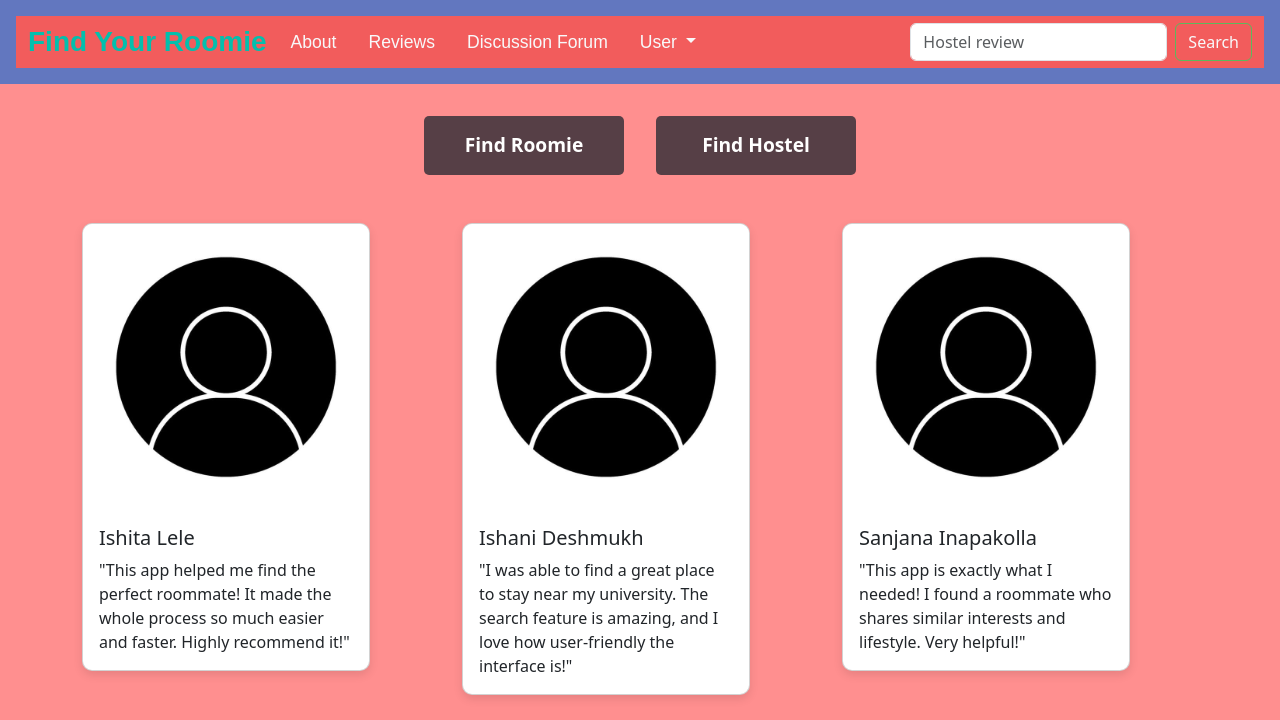
Repository: Sanjana-Inapakolla/Find-your-Roomie-website
Page: mini-project(jfst)/MiniProject/src/main/webapp/home.html
The author's editor kept a copy of each file at every save. The page is drawn from the files as they stood at one save, then again after the next save.
The browser window is 1280 px wide. The pictures show the whole page.

Above is the page before, as saved 2024-11-13 08:51:49.

### mini-project(jfst)/MiniProject/src/main/webapp/home.html
<!DOCTYPE html>
<html lang="en">
<head>
  <meta charset="ISO-8859-1">
  <title>Home Page</title>
 <link href="https://cdn.jsdelivr.net/npm/bootstrap@5.3.3/dist/css/bootstrap.min.css" rel="stylesheet" integrity="sha384-QWTKZyjpPEjISv5WaRU9OFeRpok6YctnYmDr5pNlyT2bRjXh0JMhjY6hW+ALEwIH" crossorigin="anonymous">
  <style>
    /* Navbar Styling */
    .navbar {
      background-color: #6277bf ;
      padding: 1rem;
    }

    /* Navbar Brand (Logo/Text) */
    .navbar-brand {
      color: #f8f9fa;
      font-size: 1.75rem;
      font-weight: bold;
      font-family: 'Arial', sans-serif;
      color: #04BFAD;
    }

    /* Navbar Links (Home, Reviews, Discussion Forum) */
    .navbar-nav .nav-link {
      color: #f8f9fa;
      font-size: 1.1rem;
      font-family: 'Arial', sans-serif;
      margin-right: 1rem;
      transition: color 0.3s;
    }

    /* Active Link Color */
    .navbar-nav .nav-link.active {
      color: #f8f9fa !important;
    }

    /* Hover Effect for Links (Home, Reviews, Discussion Forum) */
    .navbar-nav .nav-link:hover {
      color: #5cb85c;
    }

    /* Active Link Hover (Ensures the hover color is still applied even if it's active) */
    .navbar-nav .nav-link.active:hover {
      color: #5cb85c !important;
    }

    /* Search Button */
    .btn-outline-success {
      color: #f8f9fa;
      border-color: #5cb85c;
      transition: background-color 0.3s, color 0.3s;
    }

    /* Search Button Hover */
    .btn-outline-success:hover {
      background-color: #5cb85c;
      color: #fff;
    }

    /* Home Page Buttons Styling */
    .home-buttons {
      display: flex;
      justify-content: center;
      gap: 2rem;
      margin-top: 2rem;
    }

    .home-buttons .btn {
      font-size: 1.2rem;
      padding: 15px 30px;
      border-radius: 5px;
      font-weight: bold;
      width: 200px;
      transition: transform 0.3s;
    }

    /* Hover Effect for Buttons */
    .home-buttons .btn:hover {
      transform: scale(1.05);
    }

    .find-roomie {
      background-color: #563f46;
      color: white;
      border: none;
    }

    .find-roomie:hover {
      background-color: #0056b3;
    }

    .find-hostel {
      background-color: #563f46;
      color: white;
      border: none;
    }

    .find-hostel:hover {
      background-color: #218838;
    }

    .card {
      width: 18rem;
      border-radius: 10px;
      box-shadow: 0 4px 10px rgba(0, 0, 0, 0.1);
    }
    .card-img-top {
      border-radius: 10px 10px 0 0;
    }

    body{
      background-color: #ff8f8f;
    }
  </style>
</head>
<body>

<!-- Navbar -->
<nav class="navbar navbar-expand-lg">
  <div class="container-fluid" style="background-color: #F25C5C;">
    <a class="navbar-brand" href="#">Find Your Roomie</a>
    <button class="navbar-toggler" type="button" data-bs-toggle="collapse" data-bs-target="#navbarNav" aria-controls="navbarNav" aria-expanded="false" aria-label="Toggle navigation">
      <span class="navbar-toggler-icon"></span>
    </button>
    <div class="collapse navbar-collapse" id="navbarNav">
      <ul class="navbar-nav me-auto">
        <li class="nav-item">
          <a class="nav-link active" aria-current="page" href="About.jsp">About</a>
        </li>
        <li class="nav-item">
          <a class="nav-link" href="Rating.jsp">Reviews</a>
        </li>
        <li class="nav-item">
          <a class="nav-link" href="BeforeChat">Discussion Forum</a>
        </li>
        <li class="nav-item dropdown">
          <a class="nav-link dropdown-toggle" href="#" role="button" data-bs-toggle="dropdown" aria-expanded="false">
            User
          </a>
          <ul class="dropdown-menu">
            <li><a class="dropdown-item" href="Profile">My Profile</a></li>
            <li><a class="dropdown-item" href="BeforeUpdate">Account Settings</a></li>
            <li><a class="dropdown-item" href="LogoutServlet">Logout</a></li>
          </ul>
        </li>
      </ul>

      <!-- Search Button on the Right -->
      <form class="d-flex ms-auto" action="HostelSearch">
        <input class="form-control me-2" name="hostel-search" type="search" placeholder="Hostel review" aria-label="Search">
        <button class="btn btn-outline-success" type="submit">Search</button>
      </form>
    </div>
  </div>
</nav>

<!-- Buttons for Find Roomie and Find Hostel -->
<div class="home-buttons">
  <button class="btn find-roomie" onclick="window.location.href='Match';">Find Roomie</button>
 <button class="btn find-hostel" onclick="window.location='public/HostelGeoMap.html';">Find Hostel</button>
</div>

<div class="container mt-5">
  <div class="row justify-content-center">
    <!-- Card 1 -->
    <div class="col-md-4 mb-4">
      <div class="card">
        <img src="images\profile.jpg" class="card-img-top" alt="User Image">
        <div class="card-body">
          <h5 class="card-title">Ishita Lele</h5>
          <p class="card-text">"This app helped me find the perfect roommate! It made the whole process so much easier and faster. Highly recommend it!"</p>
        </div>
      </div>
    </div>

    <!-- Card 2 -->
    <div class="col-md-4 mb-4">
      <div class="card">
        <img src="images\profile.jpg" class="card-img-top" alt="User Image">
        <div class="card-body">
          <h5 class="card-title">Ishani Deshmukh</h5>
          <p class="card-text">"I was able to find a great place to stay near my university. The search feature is amazing, and I love how user-friendly the interface is!"</p>
        </div>
      </div>
    </div>

    <!-- Card 3 -->
    <div class="col-md-4 mb-4">
      <div class="card">
        <img src="images\profile.jpg" class="card-img-top" alt="User Image">
        <div class="card-body">
          <h5 class="card-title">Sanjana Inapakolla</h5>
          <p class="card-text">"This app is exactly what I needed! I found a roommate who shares similar interests and lifestyle. Very helpful!"</p>
        </div>
      </div>
    </div>
  </div>
</div>

<!-- Bootstrap JS -->
<script src="https://cdn.jsdelivr.net/npm/bootstrap@5.3.3/dist/js/bootstrap.bundle.min.js" integrity="sha384-YvpcrYf0tY3lHB60NNkmXc5s9fDVZLESaAA55NDzOxhy9GkcIdslK1eN7N6jIeHz" crossorigin="anonymous"></script>
</body>
</html>

After the next save:
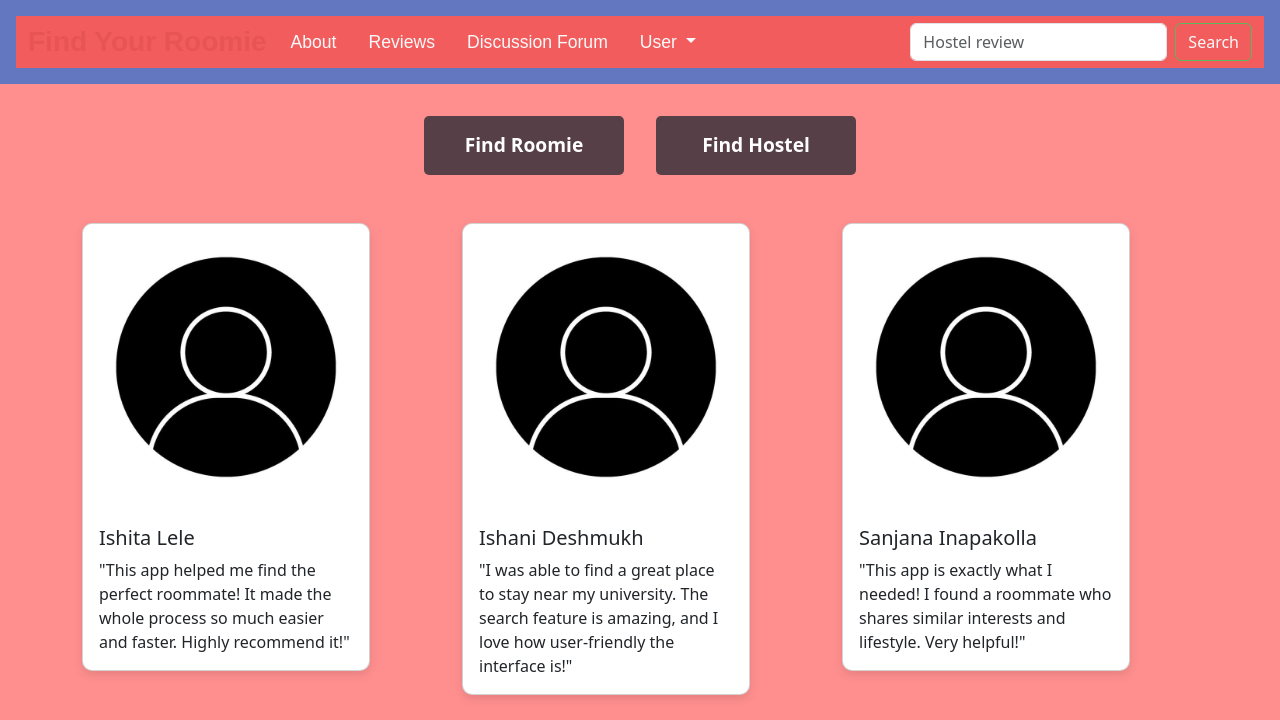
Saved 32 s later.
--- a/mini-project(jfst)/MiniProject/src/main/webapp/home.html
+++ b/mini-project(jfst)/MiniProject/src/main/webapp/home.html
@@ -17,7 +17,7 @@
       font-size: 1.75rem;
       font-weight: bold;
       font-family: 'Arial', sans-serif;
-      color: #04BFAD;
+      color: #e85454;
     }
 
     /* Navbar Links (Home, Reviews, Discussion Forum) */
